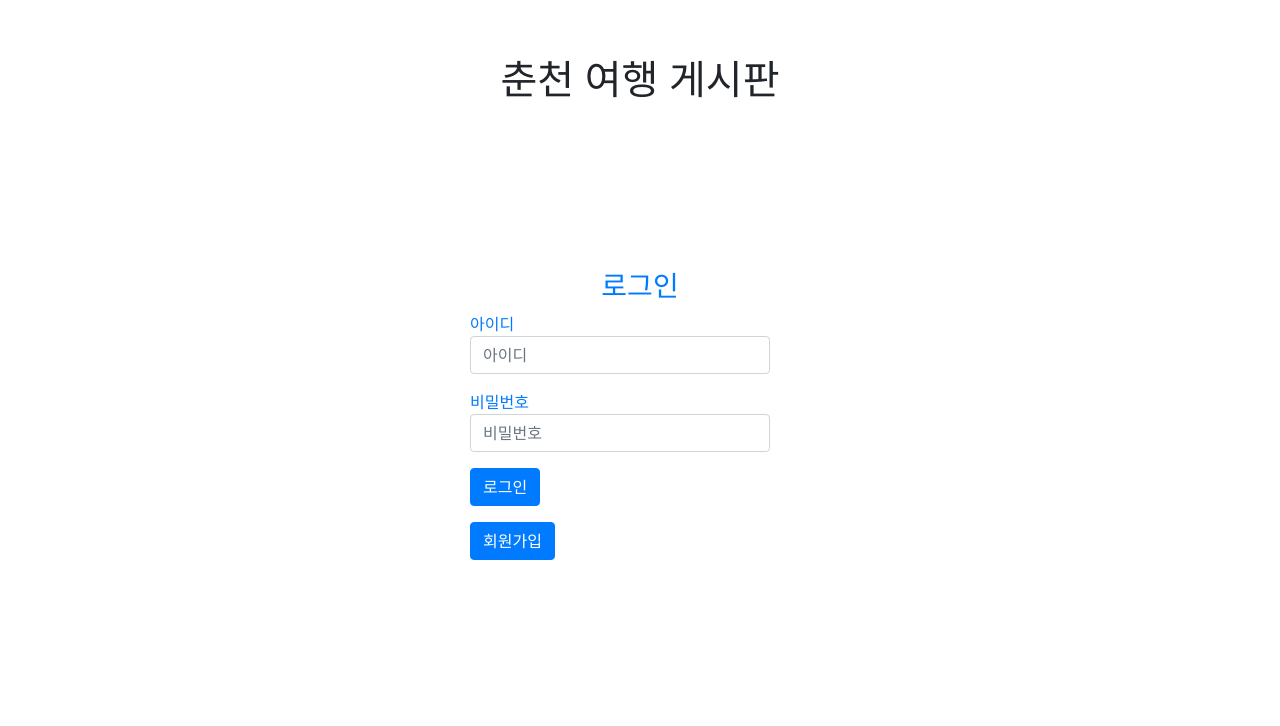
Repository: Seongjoo-Shin/webServer
Page: http://localhost/project/project/login.jsp
These files come from the project's save history. The page is drawn as it stood at one moment and after the next save; the edit follows.
The browser window is 1280 px wide. The pictures show the whole page.
The page is served by Tomcat 9. Other server files are loaded and not shown.

Above is the page before, as saved 2021-06-14 05:29:25.

### 20165514_신성주_웹서버구축_프로젝트_소스코드/project/WebContent/project/login.jsp
<%@ page language="java" contentType="text/html; charset=utf-8"
    pageEncoding="utf-8"%>
<!DOCTYPE html>
<html>
<head>
<meta charset="utf-8">
<title>로그인</title>
<link rel="stylesheet" href="https://stackpath.bootstrapcdn.com/bootstrap/4.3.1/css/bootstrap.min.css" integrity="sha384-ggOyR0iXCbMQv3Xipma34MD+dH/1fQ784/j6cY/iJTQUOhcWr7x9JvoRxT2MZw1T" crossorigin="anonymous">
</head>
<body>
	<div class="container">
	<h1 class="text-center" style="margin:5% auto;">춘천 여행 게시판</h1>
		<div class="col-sm-4" style="margin:15% auto; border=solid 1;">
		<h3 class="text-center text-primary">로그인</h3>
		<form method="post" action="login_process.jsp">
			<p class="text-primary">아이디<input type="text" name="user_id" class="form-control" placeholder="아이디" style="width:300px;"></p>
			<p class="text-primary">비밀번호<input type="password" name="user_pwd" class="form-control" placeholder="비밀번호" style="width:300px;"></p>
			<p><input type="submit" class="btn btn-primary" value="로그인"></p>
			<p><a href="register.jsp" class="btn btn-primary">회원가입</a>
		</form>
		</div>
	</div>
</body>
</html>

After the next save:
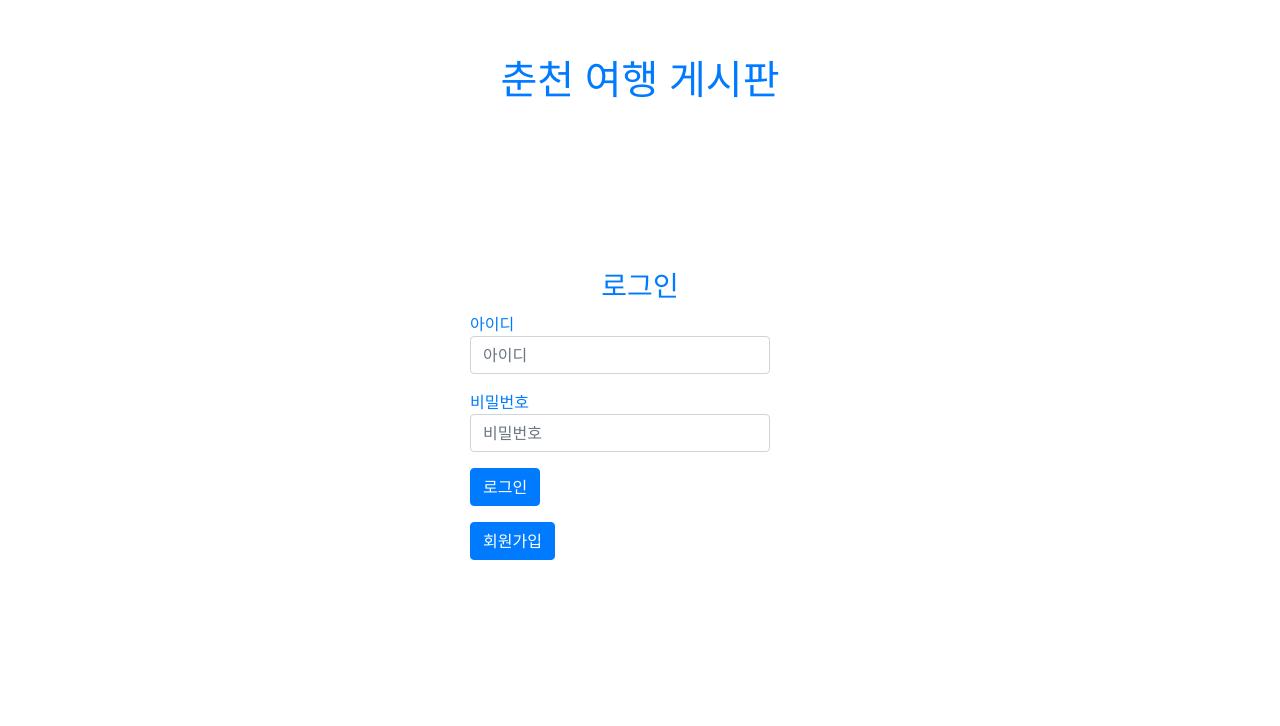
Saved 4 min 36 s later.
--- a/20165514_신성주_웹서버구축_프로젝트_소스코드/project/WebContent/project/login.jsp
+++ b/20165514_신성주_웹서버구축_프로젝트_소스코드/project/WebContent/project/login.jsp
@@ -9,7 +9,7 @@
 </head>
 <body>
 	<div class="container">
-	<h1 class="text-center" style="margin:5% auto;">춘천 여행 게시판</h1>
+	<h1 class="text-primary text-center" style="margin:5% auto;">춘천 여행 게시판</h1>
 		<div class="col-sm-4" style="margin:15% auto; border=solid 1;">
 		<h3 class="text-center text-primary">로그인</h3>
 		<form method="post" action="login_process.jsp">
